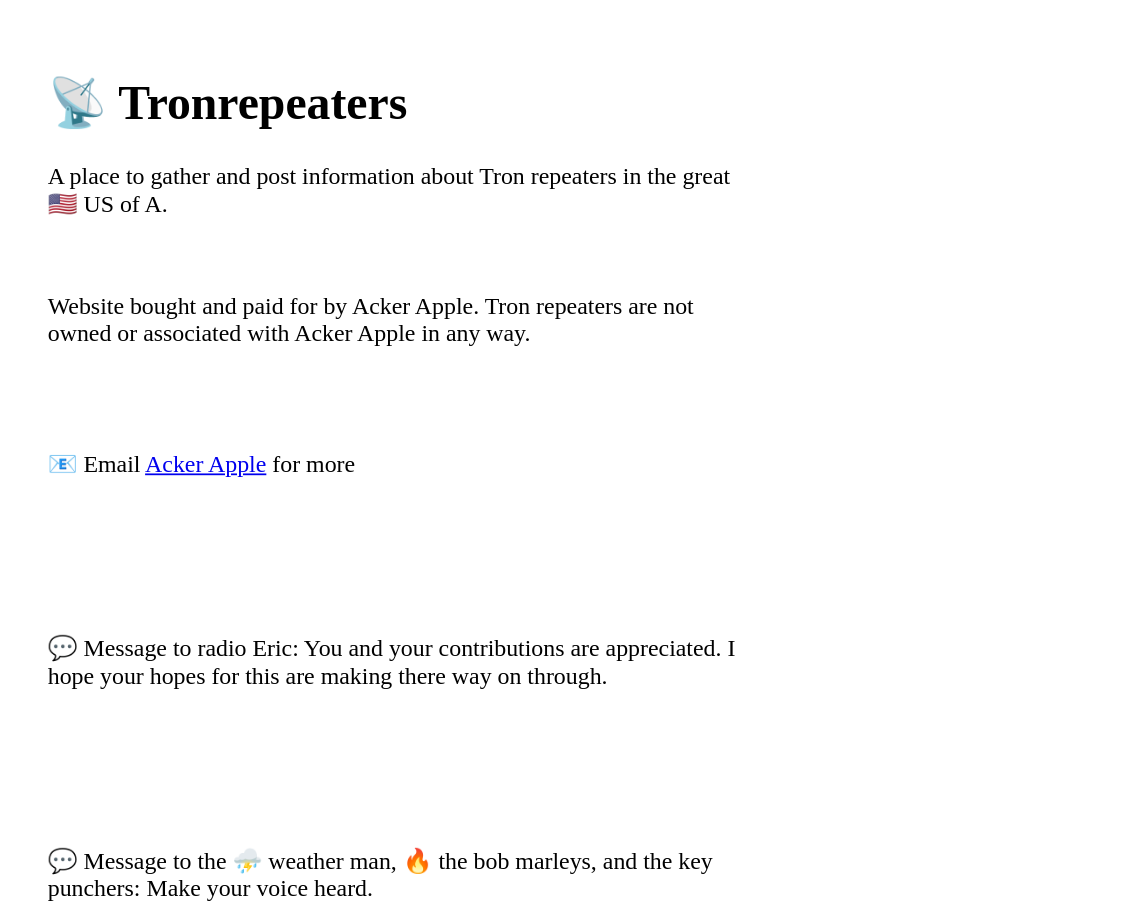
Repository: AckerApple/tronrepeaters
Page: index.html
An editor plug-in stored every save of this project. The page is shown before and after a run of saves, followed by the edit.
The browser window is 1280 px wide. The pictures show the whole page, at 88% of full size.

Above is the page before, as saved 2025-01-15 13:52:29.

### index.html
<!DOCTYPE html>
<html lang="en">
<head>
  <title>App</title>
  <meta charset="UTF-8" />
  <meta name="viewport" content="viewport-fit=cover, width=device-width, initial-scale=1, maximum-scale=1, minimum-scale=1, user-scalable=0" />
  <meta name="apple-mobile-web-app-title" content="App" />
  <meta name="apple-mobile-web-app-capable" content="yes" />
  <meta name="apple-mobile-web-app-status-bar-style" content="black" />
  <!-- emoji as favicon -->
  <link rel="icon" href="data:[embedded picture, 141 characters]" />
  <style>
    * {box-sizing:border-box;}
    html, body{width:100%;height:100%;padding:0;margin:0;}
    html {scroll-behavior:smooth;font-size:calc(22px + .4vw);}
    input[type="checkbox"], input[type="radio"] {width:1em;height:1em;}
    select, textarea, button, input {padding:.5vw;border-radius:.5vw;font-size:.9em;}
    a, summary {cursor: pointer}
  </style>
</head>
<body>
  <noscript style="color:red">Javascript is required but is turned off on your device</noscript>
  <div style="max-width: 800px;margin:2em;">
    <h1> 📡 Tronrepeaters</h1>
    <p>
      A place to gather and post information about Tron repeaters in the great 🇺🇸 US of A.
    </p>
    <br />
    <p>Website bought and paid for by Acker Apple. Tron repeaters are not owned or associated with Acker Apple in any way.</p>
    <br /><br />
    <p>📧 Email <a href="mailto:me@ackerapple.com?subject=TronRepeaters">Acker Apple</a> for more</p>
    <br /><br /><br /><br />
    <p>💬 Message to radio Eric: You and your contributions are appreciated. I hope your hopes for this are making there way on through.</p>
    <br /><br /><br /><br />
    <p>💬 Message to the ⛈️ weather man, 🔥 the bob marleys, and the key punchers: Make your voice heard.</p>
  </div>
</body>
</html>

After the next 2 saves:
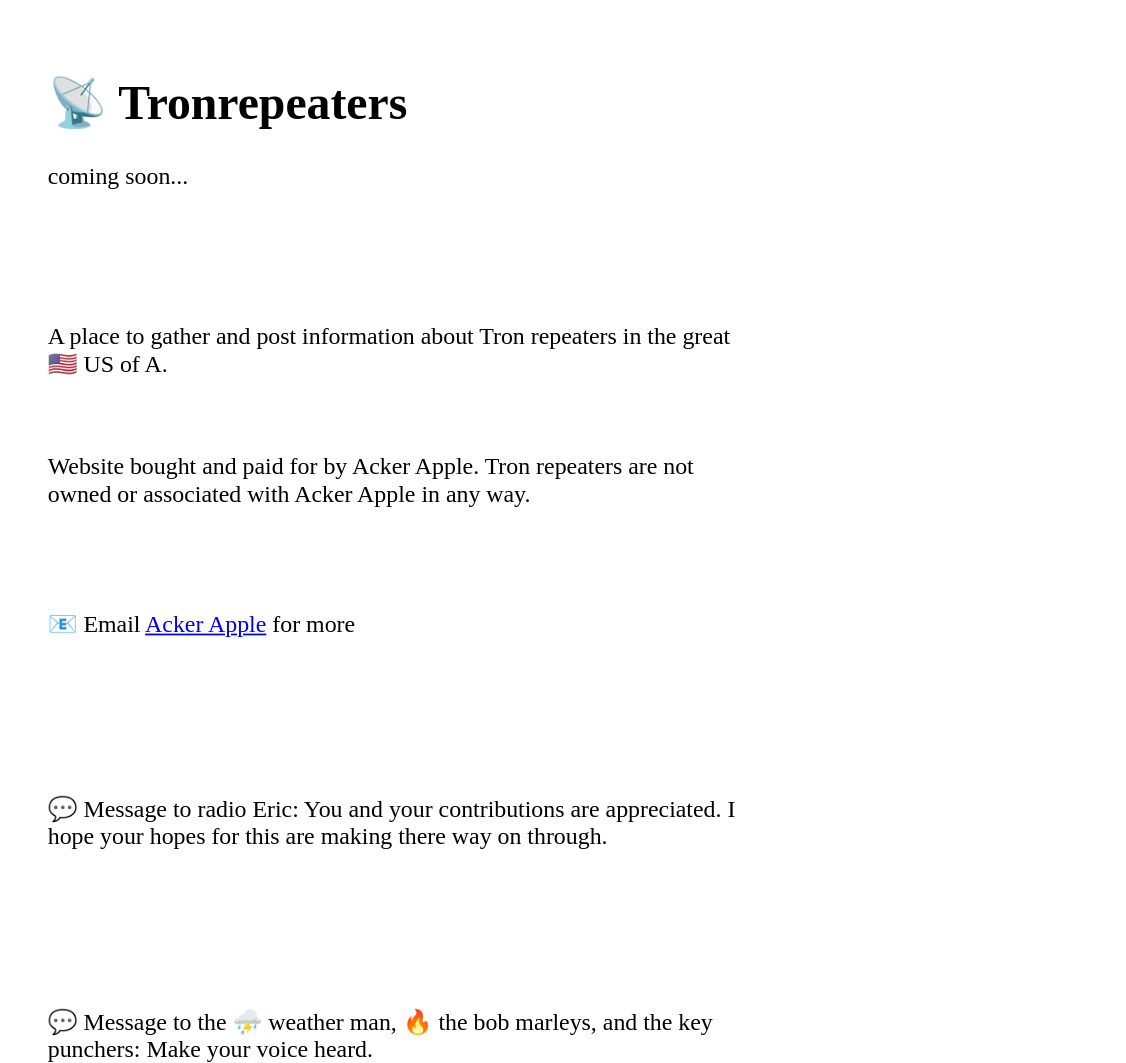
The 2 saves are shown as one change because they came seconds apart.
The last was saved 49 s later.
--- a/index.html
+++ b/index.html
@@ -22,9 +22,9 @@
   <noscript style="color:red">Javascript is required but is turned off on your device</noscript>
   <div style="max-width: 800px;margin:2em;">
     <h1> 📡 Tronrepeaters</h1>
-    <p>
-      A place to gather and post information about Tron repeaters in the great 🇺🇸 US of A.
-    </p>
+    <div>coming soon...</div>
+    <br /><br /><br /><br />
+    <p>A place to gather and post information about Tron repeaters in the great 🇺🇸 US of A.</p>
     <br />
     <p>Website bought and paid for by Acker Apple. Tron repeaters are not owned or associated with Acker Apple in any way.</p>
     <br /><br />
